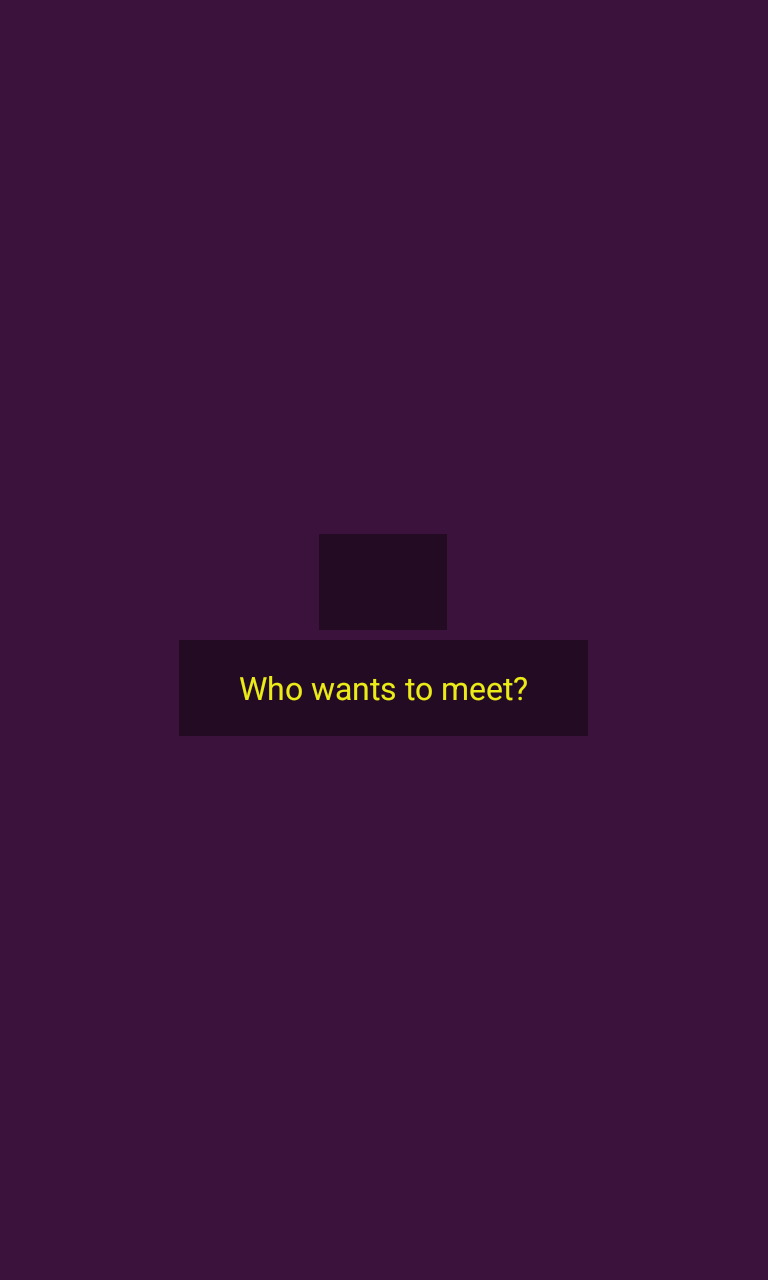
Repository: Valian/MeetMe
Layout: MeetMe/res/layout/activity_main_menu.xml
These files come from the project's save history. The layout is drawn as it stood at one moment and after the next save; the edit follows.
It is drawn on a 768 x 1280 px phone screen (xhdpi) without system bars, with theme AppTheme; the app's code is not run.

Above is the layout before, as saved 2014-01-10 00:42:09.

After the next save:
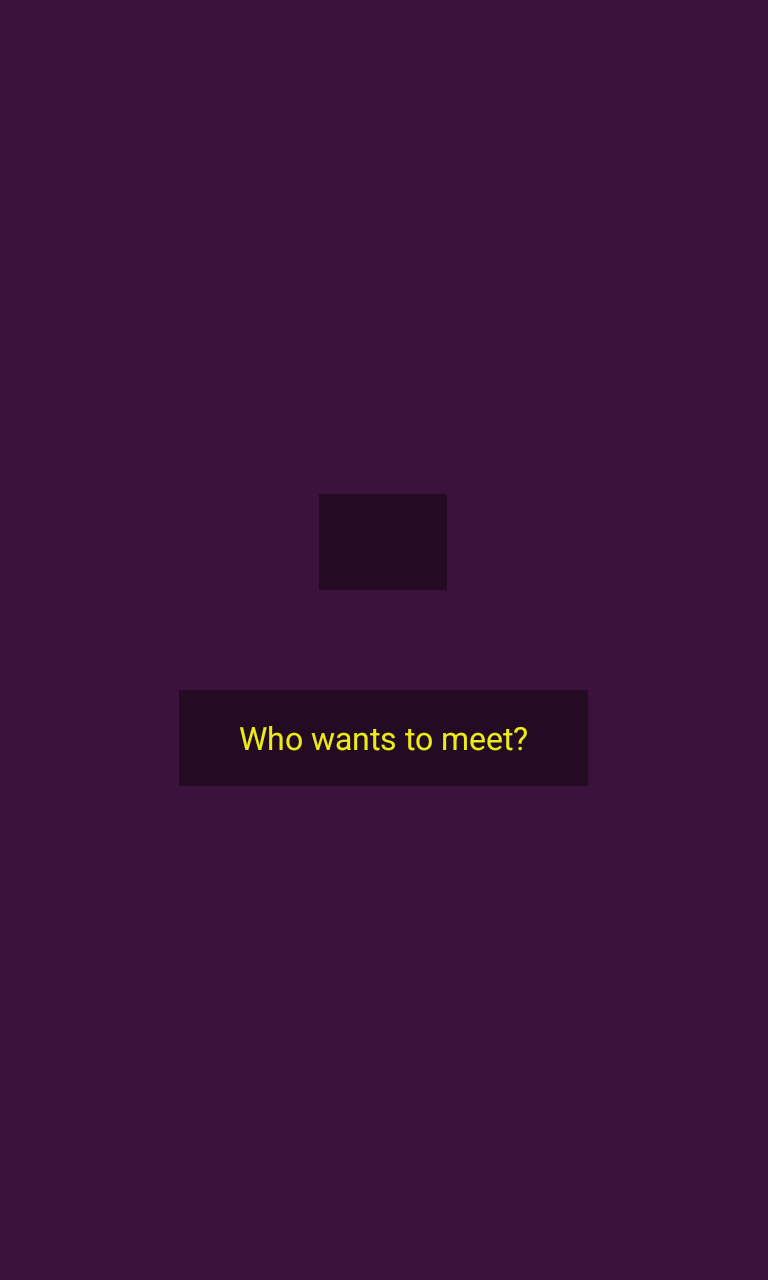
Saved 39 s later.
--- a/MeetMe/res/layout/activity_main_menu.xml
+++ b/MeetMe/res/layout/activity_main_menu.xml
@@ -17,7 +17,7 @@
 
 	    <Button
 	    android:layout_gravity="center_horizontal"
-	    android:layout_margin="5dp"
+	    android:layout_marginTop="50dp"
 	    android:id="@+id/personListButton"
 	    style="@style/BigButton"
 	    android:text="@string/who_wants_to_meet"
